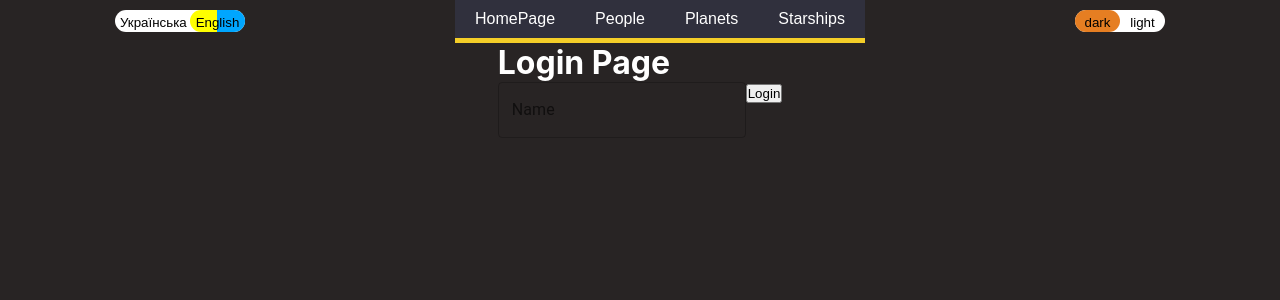
Repository: Novoselets28/star-wars-hooks
Page: /people
The author's editor kept a copy of each file at every save. The page is drawn from the files as they stood at one save, then again after the next save.
The browser window is 1280 px wide. The pictures show the whole page.
The project was rebuilt for these pictures with package versions that can differ from the ones it lists, and the page was loaded fresh each time. Also part of the build but not shown: src/components/HomePage.jsx, src/components/People/CurrentPeople.jsx, src/components/People/PeopleList.jsx, src/components/People/People.jsx, src/components/Planets/CurrentPlanet.jsx, src/components/Planets/PlanetsList.jsx, src/components/Planets/Planets.jsx, src/components/Starships/CurrentStarship.jsx and 4 more.

Above is the page before, as saved 2023-03-27 21:57:05.

### src/index.js
import React from 'react';
import ReactDOM from 'react-dom/client';
import './index.css';
import App from './App';
import reportWebVitals from './reportWebVitals';
import { BrowserRouter } from 'react-router-dom';



const root = ReactDOM.createRoot(document.getElementById('root'));
root.render(
  <React.StrictMode>
    <BrowserRouter>
      <App />
    </BrowserRouter>
  </React.StrictMode>
);

// If you want to start measuring performance in your app, pass a function
// to log results (for example: reportWebVitals(console.log))
// or send to an analytics endpoint. Learn more: https://bit.ly/CRA-vitals
reportWebVitals();

### src/App.js
import React, { createContext, useState } from 'react';
import { Route, Routes } from 'react-router-dom';
import './App.css'
import Header from './components/Header';
import HomePage from './components/HomePage';
import People from './components/People/People';
import Planets from './components/Planets/Planets';
import Starships from './components/Starships/Starships';
import LoginPage from './components/LoginPage';
import RequireAuth from './hoc/RequireAuth';
import AuthProvider from './hoc/AuthProvider'
import Layout from './components/Layout';
import ErrorPage from './components/ErrorPage';



export const ThemeContext = createContext();
export const LanguageContext = createContext(null)

function App() {

  const [theme, setTheme] = useState("dark");

  const [language, setLanguage] = useState("eng")


  return (
          <div className={`container-${theme}`}>
            <LanguageContext.Provider value={{language, setLanguage}}>
              <ThemeContext.Provider value={{theme,setTheme}}>
                <AuthProvider>
                  <Header/>
                  <Routes>
                  <Route path="login" element={<LoginPage/>}/>
                      <Route path='*' element={<ErrorPage/>} />
                      <Route path='/' element={
                        <RequireAuth>
                          <Layout />
                        </RequireAuth>
                      }/>
                      <Route path="home" element={
                        <RequireAuth>
                          <HomePage />
                        </RequireAuth>
                      }/>
                      <Route path="people" element={
                        <RequireAuth>
                          <People />
                        </RequireAuth>
                      }/>
                      <Route path="planets" element={
                        <RequireAuth>
                          <Planets/>
                        </RequireAuth>
                      } />
                      <Route path="starships" element={
                        <RequireAuth>
                          <Starships/>
                        </RequireAuth>
                      } />
                  </Routes>
                </AuthProvider>
              </ThemeContext.Provider>
            </LanguageContext.Provider>
            </div>

  );
}

export default App;

### src/App.css
*{
  margin: 0;
  padding: 0;
}

.header{
  display: flex;
  justify-content: space-around;
  width: 100vw;
}

.navigate-block{
  display: flex;
}

header a{
  text-decoration: none;
  font-family: sans-serif;
  display: inline-block;
  color: #fff;
  padding: 10px 20px;
  background-color: rgb(48, 48, 61);
  border-bottom: 5px solid #f4ce28;
}

.container-dark {
  background-color: rgb(40, 36, 36);
  color: #fff;
  width: 100vw;
  height: 100vh;
  display: flex;
  flex-direction: column;
  align-items: center;
}

.container-light {
  background-color: rgb(171, 163, 163);
  color: #fff;
  width: 100vw;
  height: 100vh;
  display: flex;
  flex-direction: column;
  align-items: center;

}

.item-block{
  width: 240px;
  text-align: center;
}

.item-block button{
  cursor: pointer;
  border: none;
  border-radius: 25px;
  font-weight: 600;
  margin: 10px 10px;
  width: 50px;
  padding: 10px 0;
  box-shadow: 0 0 20px rgba(104, 85, 224, 0.2);
  transition: 0.4s;
  color: rgb(104, 85, 224);
  background-color: rgba(255, 255, 255, 1);
  border: 1px solid rgba(104, 85, 224, 1);
}

.item-block button:hover{
  color: white;
  box-shadow: 0 0 20px rgba(104, 85, 224, 0.6);
  background-color: rgba(104, 85, 224, 1);
}

.item-list{
  text-align: center;
}

.selected-item {
  background-color: rgb(56, 55, 55);
  margin: 15px;
  border: 3px solid rgb(103, 101, 101);
}

h2{
  color: rgb(8, 120, 8);
  cursor: pointer;
}

h2:hover{
  text-decoration: underline;
}

ul{
  background-color: rgb(56, 55, 55);
}

li{
  list-style: none;
  border: 1px solid rgb(103, 101, 101);
  cursor: pointer;
}

li:hover{
  box-shadow: 0 0 20px rgba(85, 85, 86, 0.6);
}

.button-box-theme{
  display: flex;
  width: 90px;
  height: 22px;
  margin: 10px 20px;
  position: relative;
  border-radius: 30px;
  background: #fff;
}

.button-box-lang{
  display: flex;
  width: 130px;
  height: 22px;
  margin: 10px 20px;
  position: relative;
  border-radius: 30px;
  background: #fff;
}

.btn-dark{
  padding: 5px;
  width: 45px;
  height: 22px;
  cursor: pointer;
  background: #e67e22;
  border: 0;
  border-radius: 30px;
  outline: none;
  transition: 0.2s;
  text-align: center;
}

.btn-light{
  padding: 5px;
  width: 45px;
  height: 22px;
  cursor: pointer;
  background: transparent;
  border: 0;
  outline: none;
  text-align: center;
}

.active{
  padding: 5px;
  width: 75px;
  height: 22px;
  cursor: pointer;
  background: linear-gradient(to right, yellow 50%, rgb(0, 166, 255) 50%);
  border: 0;
  border-radius: 30px;
  outline: none;
  transition: 0.2s;
  text-align: center;
}

.not-active{
  padding: 5px;
  width: 75px;
  height: 22px;
  cursor: pointer;
  background: transparent;
  border: 0;
  outline: none;
  text-align: center;
}

.home-page{
  text-align: center;
  padding: 20px 0;
}

.home-page button{
  cursor: pointer;
  border: 0;
  border-radius: 4px;
  font-weight: 600;
  margin: 10px 10px;
  width: 200px;
  padding: 10px 0;
  box-shadow: 0 0 20px rgba(104, 85, 224, 0.2);
  transition: 0.4s;
  color: rgb(104, 85, 224);
  background-color: rgba(255, 255, 255, 1);
  border: 1px solid rgba(104, 85, 224, 1);
}

.home-page button:hover{
    color: white;
    box-shadow: 0 0 20px rgba(104, 85, 224, 0.6);
    background-color: rgba(104, 85, 224, 1);
}

form button{
  cursor: pointer;
  border-radius: 5px;
  font-weight: 600;
  margin: 5px 10px;
  width: 50px;
  padding: 5px 0;
  box-shadow: 0 0 20px rgba(104, 85, 224, 0.2);
  transition: 0.4s;
  color: rgb(104, 85, 224);
  background-color: rgba(255, 255, 255, 1);
  border: 1px solid rgba(104, 85, 224, 1);
}

form button:hover{
  color: white;
  box-shadow: 0 0 20px rgba(104, 85, 224, 0.6);
  background-color: rgba(104, 85, 224, 1);
}

form input{
  cursor: pointer;
  outline: none;
}

#error-page {
  text-align: center;
}

### src/components/Header.jsx
import React, { useContext } from 'react';
import { Link } from 'react-router-dom';
import { LanguageContext, ThemeContext } from '../App';




function Header() {
  const {language , setLanguage} = useContext(LanguageContext)

  const {theme, setTheme} = useContext(ThemeContext);


  return (
    <header className='header'>
        <div className='button-box-lang'>
          <button className={language==="ukr" ? "active" : "not-active"} onClick={()=>setLanguage("ukr")}>Українська</button>
          <button className={language==="eng" ? "active" : "not-active"} onClick={()=>setLanguage("eng")}>English</button>
        </div>
        <div className='navigate-block'>
          <Link to='home'>HomePage</Link>
          <Link to='people'>People</Link>
          <Link to='planets'>Planets</Link>
          <Link to='starships'>Starships</Link>
        </div>
        <div className='button-box-theme'>
          <button className={theme==="dark" ? "btn-dark" : "btn-light"} onClick={()=>setTheme("dark")}>dark</button>
          <button className={theme==="light" ? "btn-dark" : "btn-light"} onClick={()=>setTheme("light")}>light</button>
        </div>
    </header>
  )
}

export default Header;

### src/components/LoginPage.jsx
import { TextField } from "@mui/material";
import { useContext } from "react";
import { useLocation, useNavigate } from "react-router-dom";
import { LanguageContext } from "../App";
import { useAuth } from "../hook/useAuth";

const LoginPage = () => {
  const navigate = useNavigate();
  const location = useLocation();

  const {language} = useContext(LanguageContext)

  const {signin} = useAuth();

  const fromPage = location.state?.from?.pathname || '/';

  const handleSubmit = (event) => {
    event.preventDefault();
    const form = event.target;
    const user = form.username.value;

    signin(user, ()=> navigate(fromPage, {replace: true}))
  }

  return (
    <div>
      <h1>{language === 'ukr' ? 'Сторінка входу' : 'Login Page'}</h1>
      {/* <form onSubmit={handleSubmit}>
        <label>
          {language === 'ukr' ? 'Імʼя' : 'Name'}: <input name="username"/>
        </label>
        <button type="submit">Login</button>
      </form> */}
      <TextField id="outlined-basic" label={language === 'ukr' ? 'Імʼя' : 'Name'} name="username" variant="outlined" />
      <button type="submit">Login</button>
    </div>
  )
};

export default LoginPage;

### src/hoc/RequireAuth.jsx
import {useLocation, Navigate} from 'react-router-dom'
import { useAuth } from '../hook/useAuth';


const RequireAuth = ({children}) =>{
    const location = useLocation();
    const {user} = useAuth();

    if(!user){
        return <Navigate to='/login' state={{from:location}}/>
    }

    return children
}

export default RequireAuth;

### src/hoc/AuthProvider.jsx
import { createContext, useState } from "react";

export const AuthContext = createContext(null);

const AuthProvider = ({children}) => {

    const [user, setUser] = useState(null);

    const signin = (newUser, cb) =>{
        setUser(newUser);
        cb();
    }

    const signout = (cb) =>{
        setUser(null);
        cb();
    }

    const value = {user, signin, signout}


    return <AuthContext.Provider value={value}>
            {children}
        </AuthContext.Provider>
}

export default AuthProvider;

### src/hook/useAuth.jsx
import { useContext } from 'react'
import { AuthContext } from '../hoc/AuthProvider'

export function useAuth() {
  return useContext(AuthContext);
}

Loaded but not shown: public/index.html (common file); src/index.css (common file); src/reportWebVitals.js (common file)

After the next save:
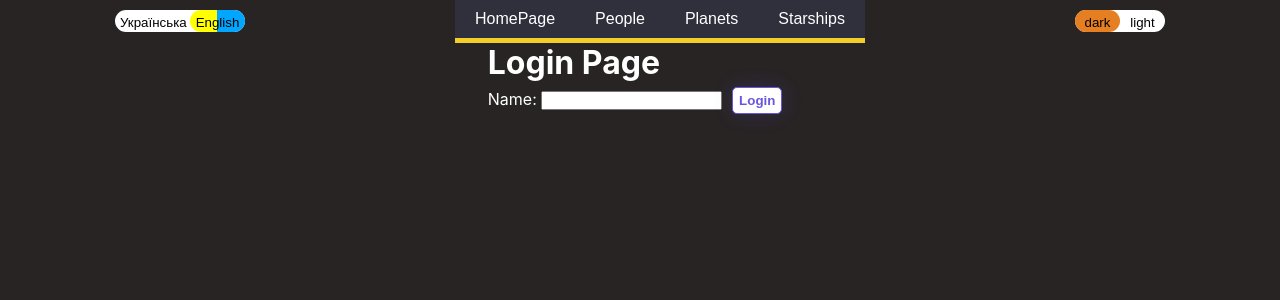
Saved 98 s later.
--- a/src/components/LoginPage.jsx
+++ b/src/components/LoginPage.jsx
@@ -1,4 +1,3 @@
-import { TextField } from "@mui/material";
 import { useContext } from "react";
 import { useLocation, useNavigate } from "react-router-dom";
 import { LanguageContext } from "../App";
@@ -25,14 +24,12 @@ const LoginPage = () => {
   return (
     <div>
       <h1>{language === 'ukr' ? 'Сторінка входу' : 'Login Page'}</h1>
-      {/* <form onSubmit={handleSubmit}>
+      <form onSubmit={handleSubmit}>
         <label>
           {language === 'ukr' ? 'Імʼя' : 'Name'}: <input name="username"/>
         </label>
         <button type="submit">Login</button>
-      </form> */}
-      <TextField id="outlined-basic" label={language === 'ukr' ? 'Імʼя' : 'Name'} name="username" variant="outlined" />
-      <button type="submit">Login</button>
+      </form>
     </div>
   )
 };
